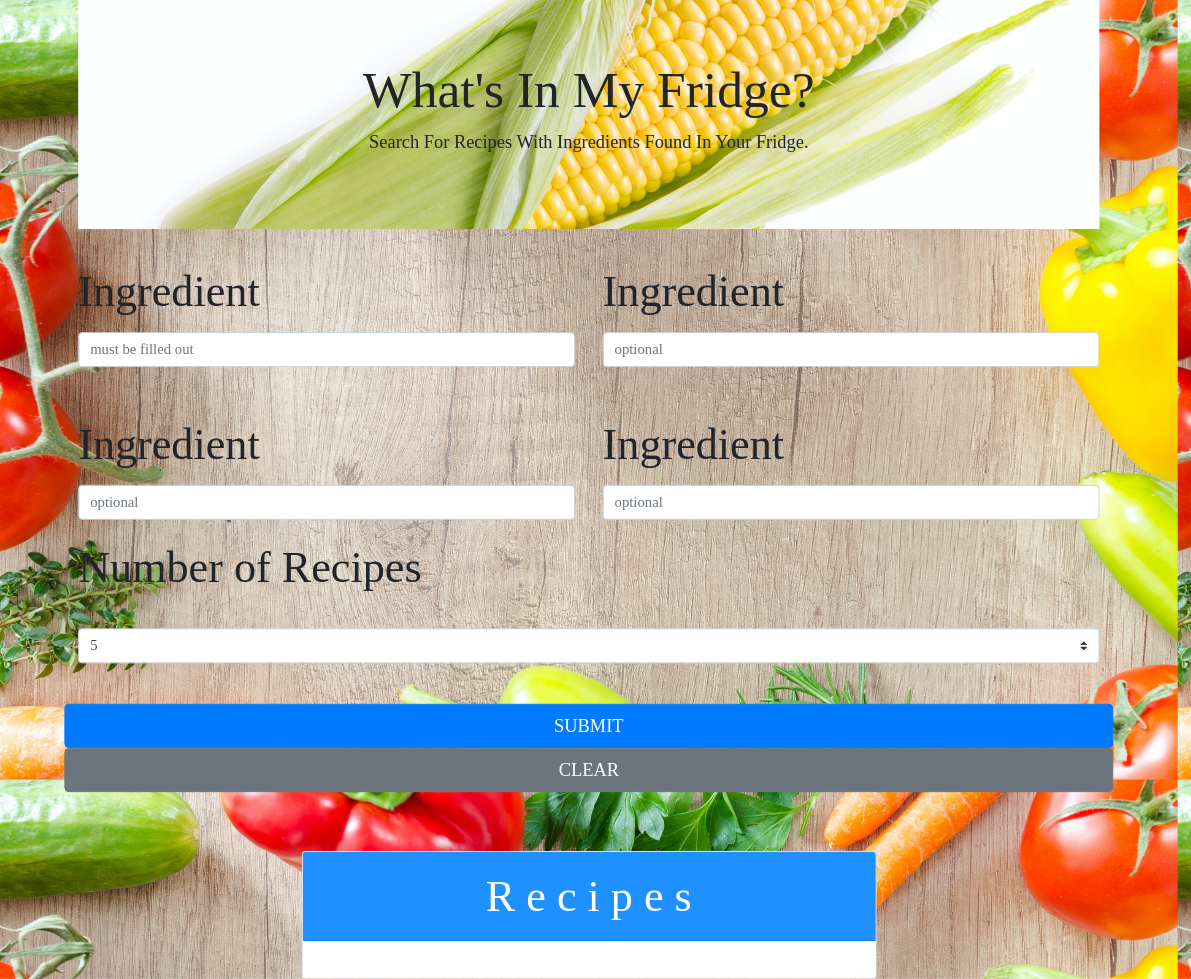
Repository: ogipajic/Recipe_API
Page: index.html
These files come from the project's save history. The page is drawn as it stood at one moment and after the next save; the edit follows.
The browser window is 1280 px wide. The page is 1295 px wide, so the pictures cover 1295 px, including what lies to the right of the window. The pictures show the whole page, at 92% of full size.
The page's requests for data from a server got no answer. Backgrounds fixed to the window are drawn as part of the page. Some web fonts or font styles are not loaded; a fallback is used.

Above is the page before, as saved 2020-07-12 22:50:48.

After the next save:
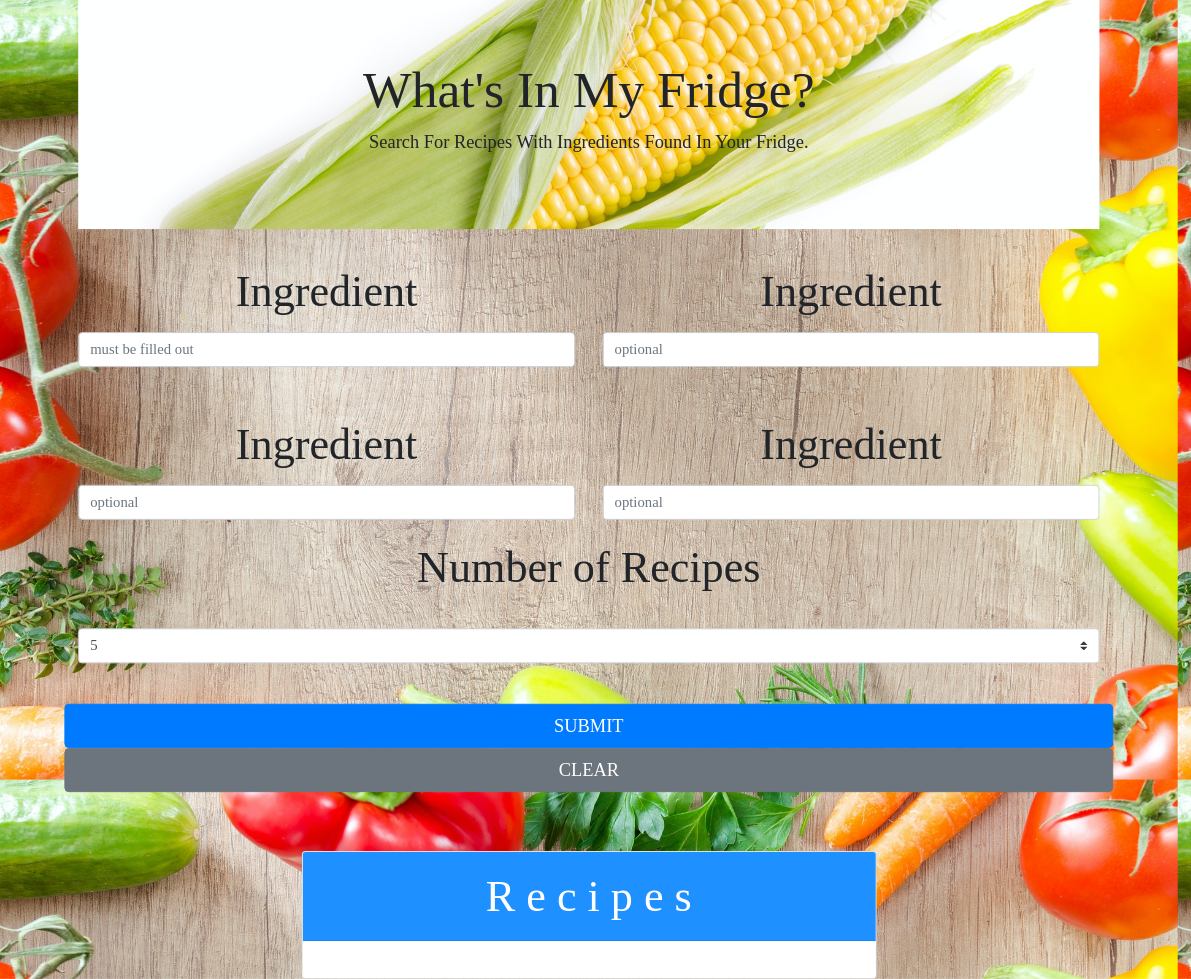
Saved 50 s later.
--- a/stylesheet.css
+++ b/stylesheet.css
@@ -48,7 +48,7 @@ body {
     text-align: center;
 }
 
-.pwd {
+.container {
     text-align: center;
 }
 
